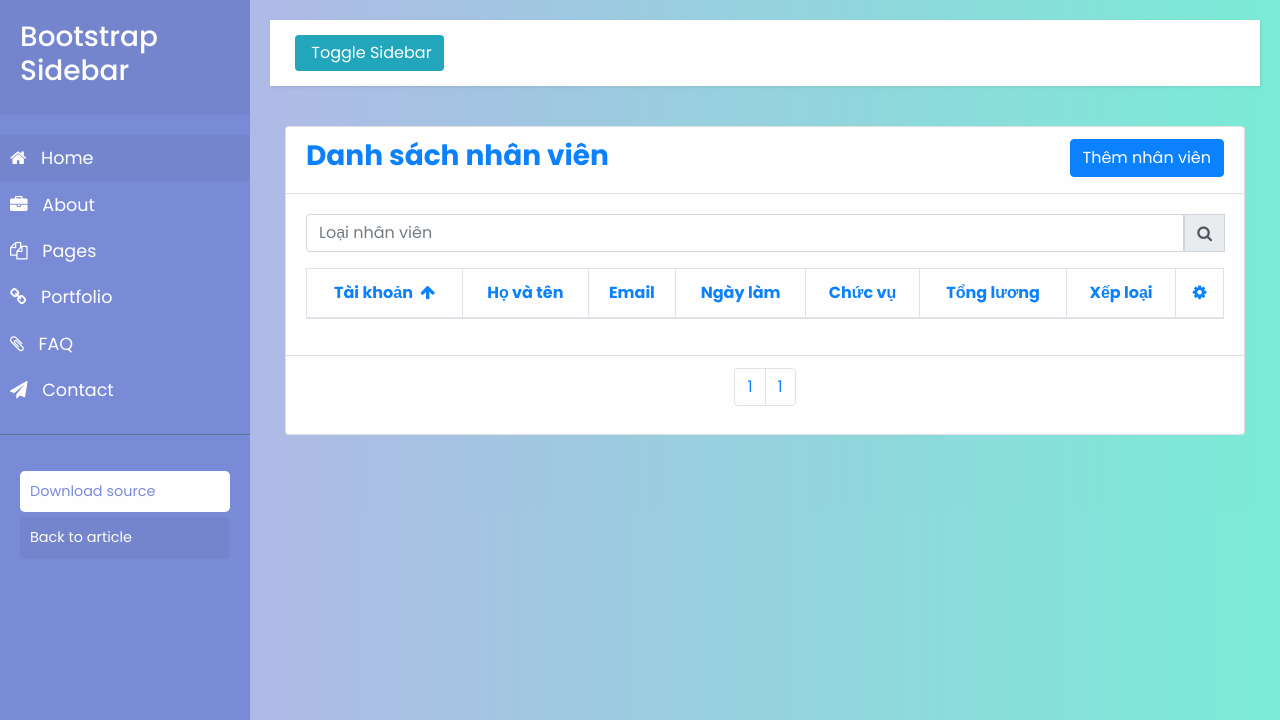
Repository: dovanthao2404/BC14_BaiTap_JS_Buoi_9-10
Page: index.html
An editor plug-in stored every save of this project. The page is shown before and after the next save, followed by the edit.
The browser window is 1280 px wide. The pictures show the whole page.
Some web fonts or font styles are not loaded; a fallback is used.

Above is the page before, as saved 2021-07-25 16:22:18.

### index.html
<!DOCTYPE html>
<html lang="en">

<head>
	<meta charset="UTF-8">
	<meta name="viewport" content="width=device-width, initial-scale=1.0">
	<title>Quản lý nhân viên</title>

	<!-- Font Awesome -->
	<link rel="stylesheet" href="https://cdnjs.cloudflare.com/ajax/libs/font-awesome/4.7.0/css/font-awesome.min.css">

	<!-- Bootstrap 4 -->
	<link rel="stylesheet" href="css/bootstrap.min.css">

	<!-- JQuery UI -->
	<link rel="stylesheet" href="css/jquery-ui.min.css">

	<!-- Animate -->
	<!-- <link rel="stylesheet" href="css/animate.css"> -->

	<!-- My CSS -->
	<link rel="stylesheet" href="css/modal.css">

	<link rel="stylesheet" href="css/style4.css">

	<link rel="stylesheet" type="text/css" href="css/main.css">
</head>

<body>

	<div class="wrapper">
		<!-- Sidebar Holder -->
		<nav id="sidebar">
			<div class="sidebar-header">
				<h3>Bootstrap Sidebar</h3>
				<strong>BS</strong>
			</div>

			<ul class="list-unstyled components">
				<li class="active">
					<a href="#homeSubmenu">
						<i class="fa fa-home"></i>
						Home
					</a>
				</li>
				<li>
					<a href="#">
						<i class="fa fa-briefcase"></i>
						About
					</a>
					<a href="#pageSubmenu">
						<i class="fa fa-files-o"></i>
						Pages
					</a>
				</li>
				<li>
					<a href="#">
						<i class="fa fa-link"></i>
						Portfolio
					</a>
				</li>
				<li>
					<a href="#">
						<i class="fa fa-paperclip"></i>
						FAQ
					</a>
				</li>
				<li>
					<a href="#">
						<i class="fa fa-paper-plane"></i>
						Contact
					</a>
				</li>
			</ul>

			<ul class="list-unstyled CTAs">
				<li><a href="https://bootstrapious.com/tutorial/files/sidebar.zip" class="download">Download source</a>
				</li>
				<li><a href="https://bootstrapious.com/p/bootstrap-sidebar" class="article">Back to article</a></li>
			</ul>
		</nav>

		<!-- Page Content Holder -->
		<div id="content">
			<nav class="navbar navbar-default">
				<div class="container-fluid">

					<div class="navbar-header">
						<button type="button" id="sidebarCollapse" class="btn btn-info navbar-btn">
							<i class="glyphicon glyphicon-align-left"></i>
							<span>Toggle Sidebar</span>
						</button>
					</div>

					<div class="collapse navbar-collapse" id="bs-example-navbar-collapse-1">
						<ul class="nav navbar-nav navbar-right">
							<li><a href="#">Page</a></li>
							<li><a href="#">Page</a></li>
							<li><a href="#">Page</a></li>
							<li><a href="#">Page</a></li>
						</ul>
					</div>
				</div>
			</nav>


			<div class="container">
				<div class="card text-center">
					<!-- Header -->
					<div class="card-header myCardHeader">
						<div class="row">
							<div class="col-md-6">
								<h3 class="text-left text-primary font-weight-bold">Danh sách nhân viên</h3>
							</div>
							<div class="col-md-6 text-right">
								<button class="btn btn-primary" id="btnThem" data-toggle="modal" data-target="#myModal">Thêm nhân
									viên</button>
							</div>
						</div>
					</div>

					<!-- Body -->
					<div class="card-body">
						<div class="row mb-3">
							<div class="col">
								<div class="input-group">
									<input type="text" class="form-control" placeholder="Loại nhân viên" id="searchName">
									<div class="input-group-prepend">
										<span class="input-group-text" id="btnTimNV"><i class="fa fa-search"></i></span>
									</div>
								</div>
							</div>
						</div>
						<table class="table table-bordered table-hover myTable">
							<thead class="text-primary">
								<tr>
									<th class="nowrap">
										<span class="mr-1">Tài khoản</span>
										<i class="fa fa-arrow-up" id="SapXepTang"></i>
										<i class="fa fa-arrow-down" id="SapXepGiam"></i>
									</th>
									<th>Họ và tên</th>
									<th>Email</th>
									<th>Ngày làm</th>
									<th>Chức vụ</th>
									<th>Tổng lương</th>
									<th>Xếp loại</th>
									<th><em class="fa fa-cog"></em></th>
								</tr>
							</thead>
							<tbody id="tableDanhSach">

							</tbody>
						</table>
					</div>

					<!-- Footer -->
					<div class="card-footer myCardFooter">
						<nav>
							<ul class="pagination justify-content-center" id="ulPhanTrang">
								<li class="page-item"><a class="page-link" href="#">1</a></li>
								<li class="page-item"><a class="page-link" href="#">1</a></li>
							</ul>
						</nav>
					</div>
				</div>
			</div>

		</div>
	</div>


	<!-- The Modal -->
	<div class="modal fade" id="myModal">
		<div class="modal-dialog">
			<div class="modal-content">

				<header class="head-form mb-0">
					<h2 id="header-title">Log In</h2>
				</header>

				<!-- Modal Header -->
				<!-- 	<div class="modal-header">
					<h4 class="modal-title" id="modal-title">Modal Heading</h4>
					<button type="button" class="close" data-dismiss="modal">&times;</button>
				</div> -->

				<!-- Modal body -->
				<div class="modal-body">

					<form role="form" id="formQLNV">

						<div class="form-group">
							<div class="input-group">
								<div class="input-group-prepend">
									<span class="input-group-text"><i class="fa fa-user"></i></span>
								</div>
								<input type="text" name="tk" rules="required|account|min:4|max:6" id="tknv"
									class="form-control input-sm" placeholder="Tài khoản">
							</div>
							<span class="sp-thongbao form-message text-danger" id="tbTKNV"></span>
						</div>

						<div class="form-group">
							<div class="input-group">
								<div class="input-group-prepend">
									<span class="input-group-text"><i class="fa fa-address-book"></i></span>
								</div>
								<input type="name" name="name" rules="required|stringVN" class="form-control input-sm"
									placeholder="Họ và tên">
							</div>
							<span class="sp-thongbao form-message text-danger" id="tbTen"></span>
						</div>

						<div class="form-group">
							<div class="input-group">
								<div class="input-group-prepend">
									<span class="input-group-text"><i class="fa fa-envelope"></i></span>
								</div>
								<input type="email" name="email" id="email" rules="required|email" class="form-control input-sm"
									placeholder="Email">
							</div>

							<span class="sp-thongbao form-message text-danger" id="tbEmail"></span>
						</div>

						<div class="form-group">
							<div class="input-group">
								<div class="input-group-prepend">
									<span class="input-group-text"><i class="fa fa-key"></i></span>
								</div>
								<input type="password" name="password" rules="required|password|min:6|max:10" id="password"
									class="form-control input-sm" placeholder="Mật khẩu">
							</div>
							<span class="sp-thongbao form-message text-danger" id="tbMatKhau"></span>
						</div>

						<div class="form-group">
							<div class="input-group">
								<div class="input-group-prepend">
									<span class="input-group-text"><i class="fa fa-calendar"></i></span>
								</div>
								<input type="text" name="ngaylam" rules="required|date" id="datepicker" class="form-control"
									placeholder="Ngày làm">
							</div>

							<span class="sp-thongbao form-message text-danger" id="tbNgay"></span>
						</div>

						<div class="form-group">
							<div class="input-group">
								<div class="input-group-prepend">
									<span class="input-group-text"><i class="fa fa-money" aria-hidden="true"></i></span>
								</div>
								<input type="text" name="luongCB" rules="required|number|minValue:1000000|maxValue:20000000"
									id="luongCB" class="form-control input-sm" placeholder="Lương cơ bản">
							</div>
							<span class="sp-thongbao form-message text-danger" id="tbLuongCB"></span>
						</div>
						<div class="form-group">
							<div class="input-group">
								<div class="input-group-prepend">
									<span class="input-group-text"><i class="fa fa-briefcase"></i></span>
								</div>
								<select class="form-control" name="chucvu" rules="requiredSL" id="chucvu">
									<option value="">Chọn chức vụ</option>
									<option value="Sếp">Sếp</option>
									<option value="Trưởng phòng">Trưởng phòng</option>
									<option value="Nhân viên">Nhân viên</option>
								</select>
							</div>

							<span class="sp-thongbao form-message text-danger" id="tbChucVu"></span>
						</div>
						<div class="form-group">
							<div class="input-group">
								<div class="input-group-prepend">
									<span class="input-group-text"><i class="fa fa-clock-o" aria-hidden="true"></i></span>
								</div>
								<input type="text" name="gioLam" rules="required|number|minValue:80|maxValue:200" id="gioLam"
									class="form-control input-sm" placeholder="Giờ làm">
							</div>
							<span class="sp-thongbao form-message text-danger" id="tbGiolam"></span>
						</div>

					</form>
				</div>

				<!-- Modal footer -->
				<div class="modal-footer" id="modal-footer">
					<button id="btnThemNV" type="button" class="btn btn-success btn-validator">Thêm người dùng</button>
					<button id="btnCapNhat" type="button" class="btn btn-success btn-validator">Cập nhật</button>
					<button id="btnDong" type="button" class="btn btn-danger" data-dismiss="modal">Đóng</button>
				</div>

			</div>
		</div>
	</div>

	<!-- Bootstrap -->
	<script src="js/jquery.min.js"></script>
	<script type="text/javascript" src="js/jquery.easing.min.js"></script>
	<script type="text/javascript" src="js/popper.min.js"></script>
	<script type="text/javascript" src="js/bootstrap.min.js"></script>

	<!-- Date Picker -->
	<!-- <script src="js/jquery-ui.min.js"></script> -->
	<script src="./js/jquery-ui.js"></script>
	<script src="js/datepicker.js"></script>

	<!-- Wow -->
	<!-- <script src="js/wow.min.js"></script>
	<script>
		new WOW().init();
	</script>  -->

	<!-- <script src="js/modal.js"></script> -->


	<script type="text/javascript">
		$(document).ready(function () {
			$('#sidebarCollapse').on('click', function () {
				$('#sidebar').toggleClass('active');
			});
		});
	</script>
	<script src="./js/Validator.js"></script>
	<script src="./js/Staff.js"></script>
	<script src="./js/StaffManager.js"></script>
	<script src="./js/main.js"></script>
</body>

</html>

### css/modal.css
/* Fonts Form Google Font ::- https://fonts.google.com/  -:: */
@import url('https://fonts.googleapis.com/css?family=Abel|Abril+Fatface|Alegreya|Arima+Madurai|Dancing+Script|Dosis|Merriweather|Oleo+Script|Overlock|PT+Serif|Pacifico|Playball|Playfair+Display|Share|Unica+One|Vibur');
/* End Fonts */
/* Start Global rules */
* {
    padding: 0;
    margin: 0;
    box-sizing: border-box;
}
/* End Global rules */

/* Start body rules */
body {
    background-image: linear-gradient(-225deg, #E3FDF5 0%, #FFE6FA 100%);
background-image: linear-gradient(to top, #a8edea 0%, #fed6e3 100%);
background-attachment: fixed;
  background-repeat: no-repeat;

    font-family: 'Vibur', cursive;
/*   the main font */
    font-family: 'Abel', sans-serif;
opacity: .95;
/* background-image: linear-gradient(to top, #d9afd9 0%, #97d9e1 100%); */
}



/* |||||||||||||||||||||||||||||||||||||||||||||*/
/* //////////////////////////////////////////// */




/* End body rules */

/* Start form  attributes */
form {
    width: 450px;
    /*min-height: 500px;*/
    height: auto;
    border-radius: 5px;
    margin: 2% auto;
    box-shadow: 0 9px 50px hsla(20, 67%, 75%, 0.31);
    padding: 2%;
    background-image: linear-gradient(-225deg, #E3FDF5 50%, #FFE6FA 50%);
}
/* form Container */
form .con {
    display: -webkit-flex;
    display: flex;

    -webkit-justify-content: space-around;
    justify-content: space-around;

    -webkit-flex-wrap: wrap;
    flex-wrap: wrap;

      margin: 0 auto;
}

/* the header form form */
header {
    margin: 2% auto 10% auto;
    text-align: center;
}
/* Login title form form */
header h2 {
    font-size: 250%;
    font-family: 'Playfair Display', serif;
    color: #3e403f;
}
/*  A welcome message or an explanation of the login form */
header p {letter-spacing: 0.05em;}



/* //////////////////////////////////////////// */
/* //////////////////////////////////////////// */


.input-item {
    background: #fff;
    color: #333;
    padding: 14.5px 0px 15px 9px;
    border-radius: 5px 0px 0px 5px;
}



/* Show/hide password Font Icon */
#eye {
    background: #fff;
    color: #333;

    margin: 5.9px 0 0 0;
    margin-left: -20px;
    padding: 15px 9px 19px 0px;
    border-radius: 0px 5px 5px 0px;

    float: right;
    position: relative;
    right: 1%;
    top: -.2%;
    z-index: 5;

    cursor: pointer;
}
/* inputs form  */
input[class="form-input"]{
    width: 240px;
    height: 50px;

    margin-top: 2%;
    padding: 15px;

    font-size: 16px;
    font-family: 'Abel', sans-serif;
    color: #5E6472;

    outline: none;
    border: none;

    border-radius: 0px 5px 5px 0px;
    transition: 0.2s linear;

}
input[id="txt-input"] {width: 250px;}
/* focus  */
input:focus {
    transform: translateX(-2px);
    border-radius: 5px;
}

/* //////////////////////////////////////////// */
/* //////////////////////////////////////////// */

/* input[type="text"] {min-width: 250px;} */
/* buttons  */

/* Submits */
.submits {
    width: 48%;
    display: inline-block;
    float: left;
    margin-left: 2%;
}

/*       Forgot Password button FAF3DD  */
.frgt-pass {background: transparent;}

/*     Sign Up button  */
.sign-up {background: #B8F2E6;}


/* buttons hover */
button:hover {
    transform: translatey(3px);
    box-shadow: none;
}

/* buttons hover Animation */
button:hover {
    animation: ani9 0.4s ease-in-out infinite alternate;
}
@keyframes ani9 {
    0% {
        transform: translateY(3px);
    }
    100% {
        transform: translateY(5px);
    }
}

### css/style4.css
/*
    DEMO STYLE
*/
@import "https://fonts.googleapis.com/css?family=Poppins:300,400,500,600,700";

body {
  font-family: "Poppins", sans-serif;
  background: #fafafa;
}

p {
  font-family: "Poppins", sans-serif;
  font-size: 1.1em;
  font-weight: 300;
  line-height: 1.7em;
  color: #999;
}

a,
a:hover,
a:focus {
  color: inherit;
  text-decoration: none;
  transition: all 0.3s;
}

.navbar {
  padding: 15px 10px;
  background: #fff;
  border: none;
  border-radius: 0;
  margin-bottom: 40px;
  box-shadow: 1px 1px 3px rgba(0, 0, 0, 0.1);
}

.navbar-btn {
  box-shadow: none;
  outline: none !important;
  border: none;
}

.line {
  width: 100%;
  height: 1px;
  border-bottom: 1px dashed #ddd;
  margin: 40px 0;
}

i {
  display: inline-block;
}

/* ---------------------------------------------------
    SIDEBAR STYLE
----------------------------------------------------- */
.wrapper {
  display: flex;
  align-items: stretch;
}

#sidebar {
  min-width: 250px;
  max-width: 250px;
  background: #7386d5;
  color: #fff;
  transition: all 0.3s;
}

#sidebar.active {
  min-width: 80px;
  max-width: 80px;
  text-align: center;
}

#sidebar.active .sidebar-header h3,
#sidebar.active .CTAs {
  display: none;
}

#sidebar.active .sidebar-header strong {
  display: block;
}

#sidebar ul li a {
  text-align: left;
}

#sidebar.active ul li a {
  padding: 20px 10px;
  text-align: center;
  font-size: 0.85em;
}

#sidebar.active ul li a i {
  margin-right: 0;
  display: block;
  font-size: 1.8em;
  margin-bottom: 5px;
}

#sidebar.active ul ul a {
  padding: 10px !important;
}

#sidebar.active a[aria-expanded="false"]::before,
#sidebar.active a[aria-expanded="true"]::before {
  top: auto;
  bottom: 5px;
  right: 50%;
  -webkit-transform: translateX(50%);
  -ms-transform: translateX(50%);
  transform: translateX(50%);
}

#sidebar .sidebar-header {
  padding: 20px;
  background: #6d7fcc;
}

#sidebar .sidebar-header strong {
  display: none;
  font-size: 1.8em;
}

#sidebar ul.components {
  padding: 20px 0;
  border-bottom: 1px solid #47748b;
}

#sidebar ul li a {
  padding: 10px;
  font-size: 1.1em;
  display: block;
}
#sidebar ul li a:hover {
  color: #7386d5;
  background: #fff;
}
#sidebar ul li a i {
  margin-right: 10px;
}

#sidebar ul li.active > a,
a[aria-expanded="true"] {
  color: #fff;
  background: #6d7fcc;
}

a[data-toggle="collapse"] {
  position: relative;
}

a[aria-expanded="false"]::before,
a[aria-expanded="true"]::before {
  content: "\e259";
  display: block;
  position: absolute;
  right: 20px;
  font-family: "Glyphicons Halflings";
  font-size: 0.6em;
}
a[aria-expanded="true"]::before {
  content: "\e260";
}

ul ul a {
  font-size: 0.9em !important;
  padding-left: 30px !important;
  background: #6d7fcc;
}

ul.CTAs {
  padding: 20px;
}

ul.CTAs a {
  text-align: center;
  font-size: 0.9em !important;
  display: block;
  border-radius: 5px;
  margin-bottom: 5px;
}

a.download {
  background: #fff;
  color: #7386d5;
}

a.article,
a.article:hover {
  background: #6d7fcc !important;
  color: #fff !important;
}

/* ---------------------------------------------------
    CONTENT STYLE
----------------------------------------------------- */
#content {
  padding: 20px;
  min-height: 100vh;
  transition: all 0.3s;
}

/* ---------------------------------------------------
    MEDIAQUERIES
----------------------------------------------------- */
@media (max-width: 768px) {
  #sidebar {
    min-width: 80px;
    max-width: 80px;
    text-align: center;
    margin-left: -80px !important ;
  }
  a[aria-expanded="false"]::before,
  a[aria-expanded="true"]::before {
    top: auto;
    bottom: 5px;
    right: 50%;
    -webkit-transform: translateX(50%);
    -ms-transform: translateX(50%);
    transform: translateX(50%);
  }
  #sidebar.active {
    margin-left: 0 !important;
  }

  #sidebar .sidebar-header h3,
  #sidebar .CTAs {
    display: none;
  }

  #sidebar .sidebar-header strong {
    display: block;
  }

  #sidebar ul li a {
    padding: 20px 10px;
  }

  #sidebar ul li a span {
    font-size: 0.85em;
  }
  #sidebar ul li a i {
    margin-right: 0;
    display: block;
  }

  #sidebar ul ul a {
    padding: 10px !important;
  }

  #sidebar ul li a i {
    font-size: 1.3em;
  }
  #sidebar {
    margin-left: 0;
  }
  #sidebarCollapse span {
    display: none;
  }
}

### css/main.css
/* .sp-thongbao {
  color: red;
  margin-left: 2px;
  display: none;
} */

#SapXepGiam {
  display: none;
}

#content {
  width: 100%;
  background: #74ebd5; /* fallback for old browsers */
  background: -webkit-linear-gradient(
    to right,
    #acb6e5,
    #74ebd5
  ); /* Chrome 10-25, Safari 5.1-6 */
  background: linear-gradient(
    to right,
    #acb6e5,
    #74ebd5
  ); /* W3C, IE 10+/ Edge, Firefox 16+, Chrome 26+, Opera 12+, Safari 7+ */
}

.myCardHeader,
.myCardFooter {
  background-color: transparent;
}

### js/Staff.js
/**
 * Mục đính: Quản lý các nghiệp vụ liên quan đến lớp nhân viên
 * Ngày tạo: 23/7/2021
 * Version: 1.0
 * Người tao: Đỗ Văn Thảo
 */

function Staff(account, fullName, email, password, startingDate, basicSalary, position, workingHours) {
  this.account = account,
    this.fullName = fullName,
    this.email = email,
    this.password = password,
    this.startingDate = startingDate,
    this.basicSalary = basicSalary,
    this.position = position,
    this.workingHours = workingHours,
    this.classification,
    this.totalSalary,
    this.arrayProperties = [this.account, this.fullName, this.email, this.password, this.startingDate, this.basicSalary, this.position, this.workingHours]
}

Staff.prototype.staffAssessment = function () {
  var excellent = "Xuất sắc";
  var veryGood = "Giỏi";
  var good = "Khá";
  var ordinary = "Trung bình"
  if (this.workingHours >= 192) {
    this.classification = excellent;
  } else if (this.workingHours >= 176) {
    this.classification = veryGood;
  } else if (this.workingHours >= 160) {
    this.classification = good;
  } else {
    this.classification = ordinary;
  }
}

Staff.prototype.calculationOfSalary = function () {
  var boss = "Sếp";
  var headOfDepartment = "Trưởng phòng";
  var regularStaff = "Nhân viên";

  if (this.position === boss) {
    this.totalSalary = this.basicSalary * 3;
  } else if (this.position === headOfDepartment) {
    this.totalSalary = this.basicSalary * 2;
  } else {
    this.totalSalary = this.basicSalary;
  }
}

### js/StaffManager.js
/**
 * Mục đính: Quản lý các nghiệp vụ liên quan đến lớp Quản lý nhân viên
 * Ngày tạo: 23/7/2021
 * Version: 1.0
 * Người tao: Đỗ Văn Thảo
 */



function StaffManager() {
  this.listStaff =
    JSON.parse(localStorage.getItem("listStaff")) || [];
}

StaffManager.prototype.start = function () {
  if (this.listStaff === []) return;

  this.listStaff = this.listStaff.map(function (staff) {
    var newStaff = new Staff(
      staff.account,
      staff.fullName,
      staff.email,
      staff.password,
      staff.startingDate,
      staff.basicSalary,
      staff.position,
      staff.workingHours
    )
    newStaff.calculationOfSalary();
    newStaff.staffAssessment();

    return newStaff;
  })
}


StaffManager.prototype.saveLocalStorage = function () {
  localStorage.setItem("listStaff", JSON.stringify(this.listStaff));
}


StaffManager.prototype.addStaff = function (staff) {
  staff.calculationOfSalary();
  staff.staffAssessment();
  this.listStaff.push(staff);
  this.saveLocalStorage();
}

StaffManager.prototype.removeStaff = function (account) {
  this.listStaff = this.listStaff.filter(function (staff) {
    return staff.account !== account;
  })
  this.saveLocalStorage();
}

StaffManager.prototype.updateStaff = function (staff) {
  this.listStaff = this.listStaff.map(function (st) {
    if (st.maSV !== staff.maSV) {
      return st;
    }
    return staff;
  });

  this.saveLocalStorage();
}


StaffManager.prototype.calculationOfSalary = function () {
  for (var staff of this.listStaff) {
    staff.calculationOfSalary();
  }
}

StaffManager.prototype.staffAssessment = function () {
  for (var staff of this.listStaff) {
    staff.staffAssessment();
  }
}

StaffManager.prototype.findStaffByClassification = function (classification) {
  var staffTemp = this.listStaff.filter(function (staff, index) {
    classification = classification.trim().toLowerCase();
    var classificaitonStaff = staff.classification.toLowerCase().trim();
    return classificaitonStaff.includes(classification);
  })
  return staffTemp;
}

### js/main.js
var staffManager = new StaffManager();
staffManager.start();
showListStaff(staffManager.listStaff)
new Validator("#formQLNV");

document.querySelector("#btnThem").addEventListener("click", function () {
  updateForm();
  removeMessage();
  callModal("Thêm nhân viên", false, 1);
})
document.querySelector("#btnThemNV").addEventListener("click", handleAddStaff)

function handleAddStaff() {
  var validation = new Validator("#formQLNV");
  var data = validation.getData();

  if (Object.keys(data).length !== 0) {
    var dataStaff = [];
    var count = 0;
    for (var key in data) {
      dataStaff[count] = data[key];
      count++;
    }
    var staff = new Staff(...dataStaff)
    staffManager.addStaff(staff);
    showListStaff(staffManager.listStaff);
  }
}

function showListStaff(listStaff) {
  var tbody = document.querySelector("#tableDanhSach");
  var html = '';
  listStaff.forEach(function (staff) {
    html += `
    <tr>
      <th>${staff.account}</th>
      <th>${staff.fullName}</th>
      <th>${staff.email}</th>
      <th>${staff.startingDate}</th>
      <th>${staff.position}</th>
      <th>${staff.totalSalary}</th>
      <th>${staff.classification}</th>
      <th>
        <button class="btn btn-warning" data-action="change" data-account="${staff.account}">Sửa</button>
        <button class="btn btn-danger" data-action="delete" data-account="${staff.account}">Xóa</button>
      </th>
    </tr>
    `
  })
  tbody.innerHTML = html;
}

function updateForm() {
  var inputs = document.querySelectorAll("[name][rules]");
  var lengthInputs = inputs.length;
  for (var i = 0; i < lengthInputs; i++) {
    if (inputs[i].getAttribute("rules").includes("date")) continue;
    inputs[i].value = '';
  }
}
function getParent(element, selector) {
  while (element.parentElement) {
    if (element.parentElement.matches(selector)) {
      return element.parentElement;
    }
    element = element.parentElement;
  }
}

function removeMessage() {
  var inputs = document.querySelectorAll("[name][rules]");
  var lengthInputs = inputs.length;
  for (var i = 0; i < lengthInputs; i++) {
    var formGroup = getParent(inputs[i], ".form-group");
    var messageElement = formGroup.querySelector(".form-message");
    messageElement.innerText = "";
  }
}

function callModal(title, readonly, type) {
  document.querySelector("#header-title").innerText = title;
  if (readonly) {
    document.querySelector("#tknv").setAttribute("disable", "");
  } else {
    document.querySelector("#tknv").removeAttribute("disable");
  }
  if (type === 1) {
    document.querySelector("#btnThemNV").style.display = "block";
    document.querySelector("#btnCapNhat").style.display = "none";
  } else {
    document.querySelector("#btnThemNV").style.display = "none";
    document.querySelector("#btnCapNhat").style.display = "block";
  }
}

Loaded but not shown: css/bootstrap.min.css (library); css/jquery-ui.min.css (library); js/jquery.min.js (library); js/jquery.easing.min.js (common file); js/popper.min.js (library); js/bootstrap.min.js (library); js/jquery-ui.js (library); js/datepicker.js (common file); js/Validator.js (248 lines, source omitted)

After the next save:
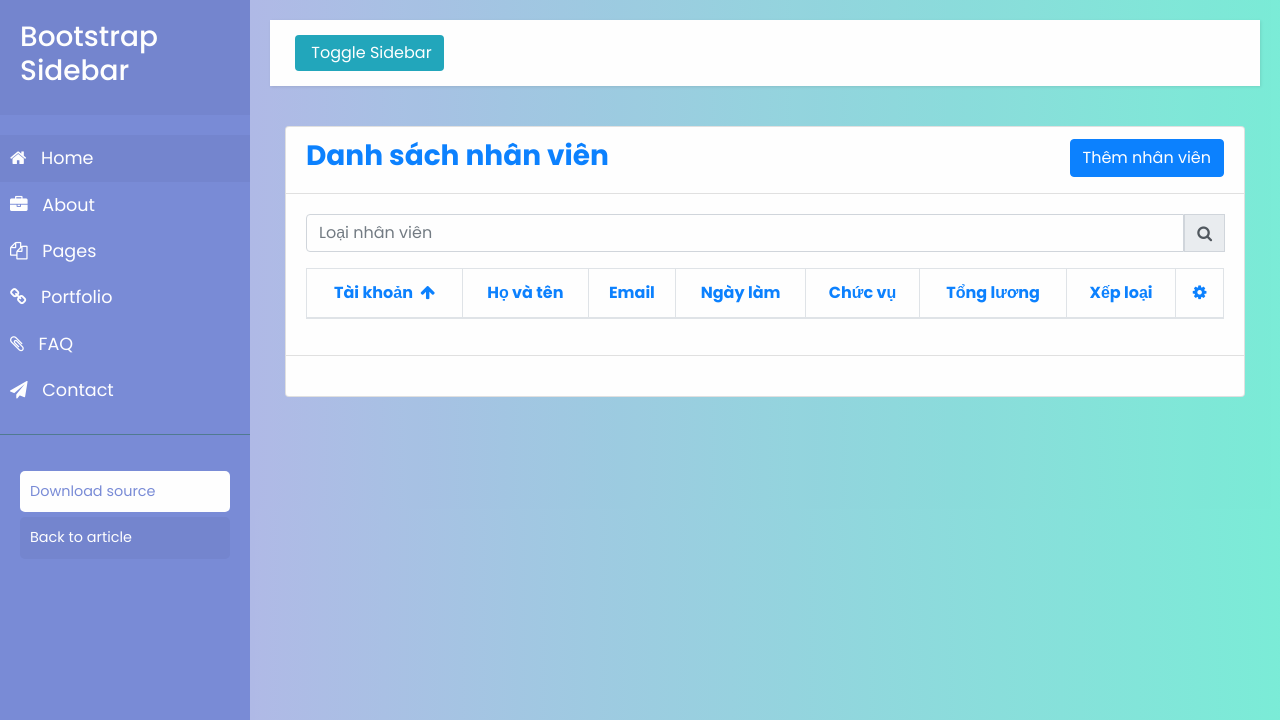
Saved 50 s later.
--- a/index.html
+++ b/index.html
@@ -158,8 +158,6 @@
 					<div class="card-footer myCardFooter">
 						<nav>
 							<ul class="pagination justify-content-center" id="ulPhanTrang">
-								<li class="page-item"><a class="page-link" href="#">1</a></li>
-								<li class="page-item"><a class="page-link" href="#">1</a></li>
 							</ul>
 						</nav>
 					</div>
